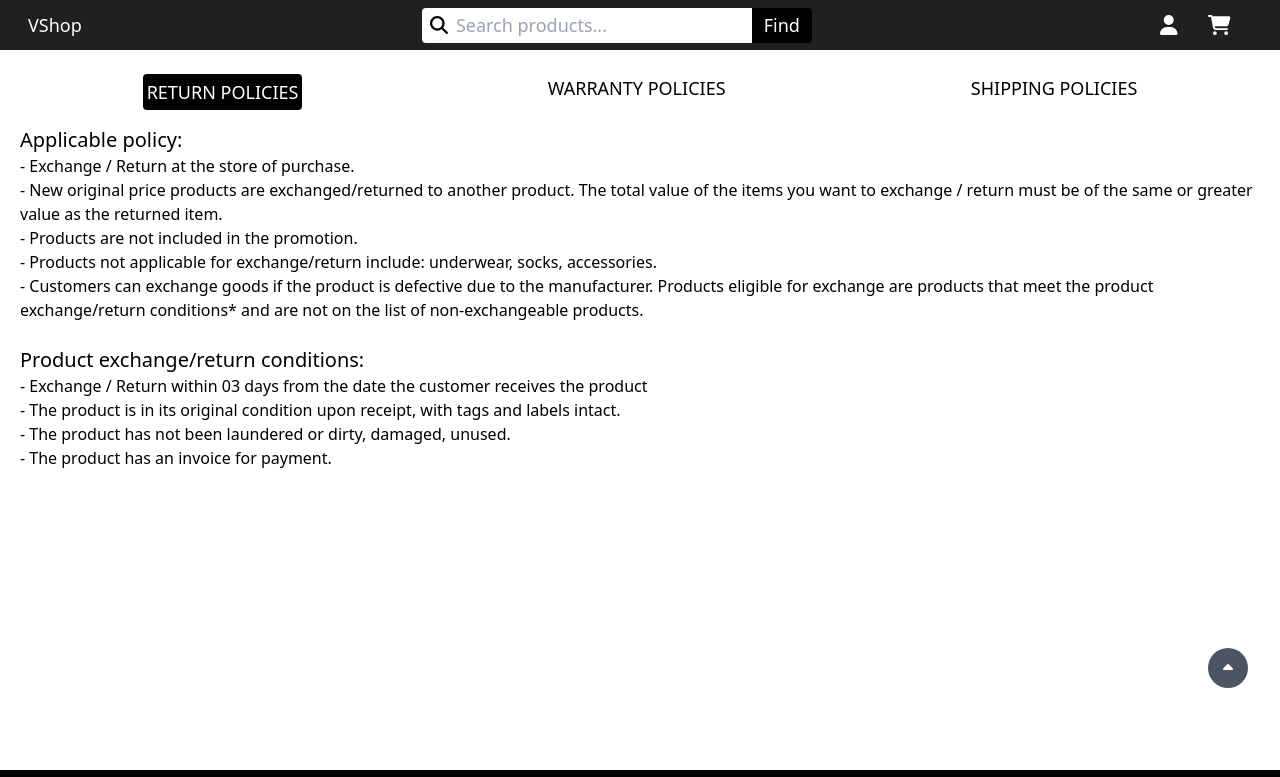
Repository: Kith933UTH/VSHOP
Page: /return-policy
An editor plug-in stored every save of this project. The page is shown before and after the next save, followed by the edit.
The browser window is 1280 px wide. The pictures show the whole page.
Pictures or frames that could not be fetched are drawn as grey boxes. The page's requests for data from a server got no answer. The project was rebuilt for these pictures with package versions that can differ from the ones it lists, and the page was loaded fresh each time. No one was signed in, and anything a server would have sent is missing. Also part of the build but not shown: src/components/product-item/ProductItem.js, src/components/loader/Loader.js, src/constants/constants.js, src/components/product-filters/Category.js, src/components/product-filters/Price.js, src/components/product-filters/Rating.js, src/components/product-filters/ProductFilters.js, src/components/cart-shopping/CartEmpty.js and 20 more.

Above is the page before, as saved 2023-08-05 20:33:03.

After the next save:
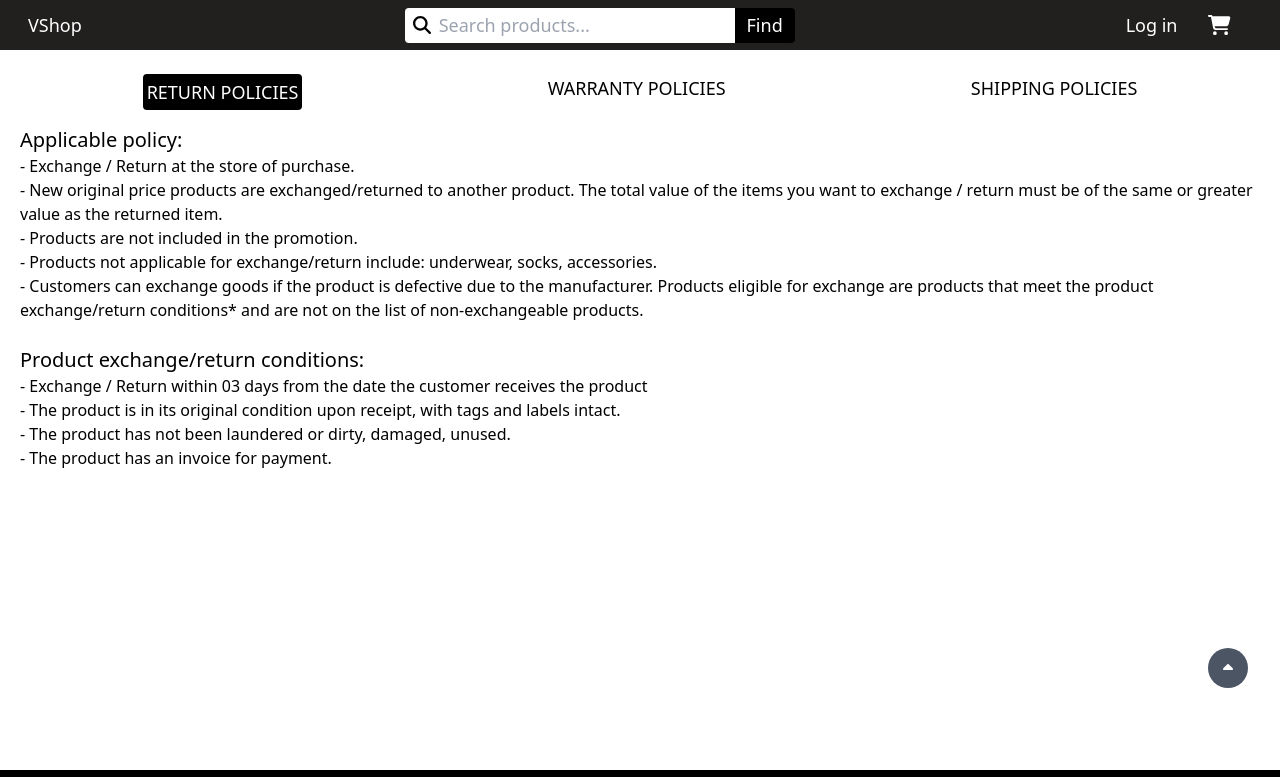
Saved 2 min 15 s later.
--- a/src/components/header/Header.js
+++ b/src/components/header/Header.js
@@ -30,13 +30,12 @@ export function Header() {
                     {logged
                     ? <Link to="/">
                         <li className='mr-2 px-[8px] py-1 rounded hover:bg-gray-600 transition md:mr-4'>
-                            {/* <FontAwesomeIcon icon={faUser} className='text-xl'/> */}
-                            Log out
+                            <FontAwesomeIcon icon={faUser} className='text-xl'/>
                         </li>
                     </Link>
                     :<Link to="/login">
                         <li className='mr-2 px-[8px] py-1 rounded hover:bg-gray-600 transition md:mr-[16px]'>
-                            <FontAwesomeIcon icon={faUser} className='text-xl'/>
+                            Log in
                         </li>
                     </Link>
                     }
